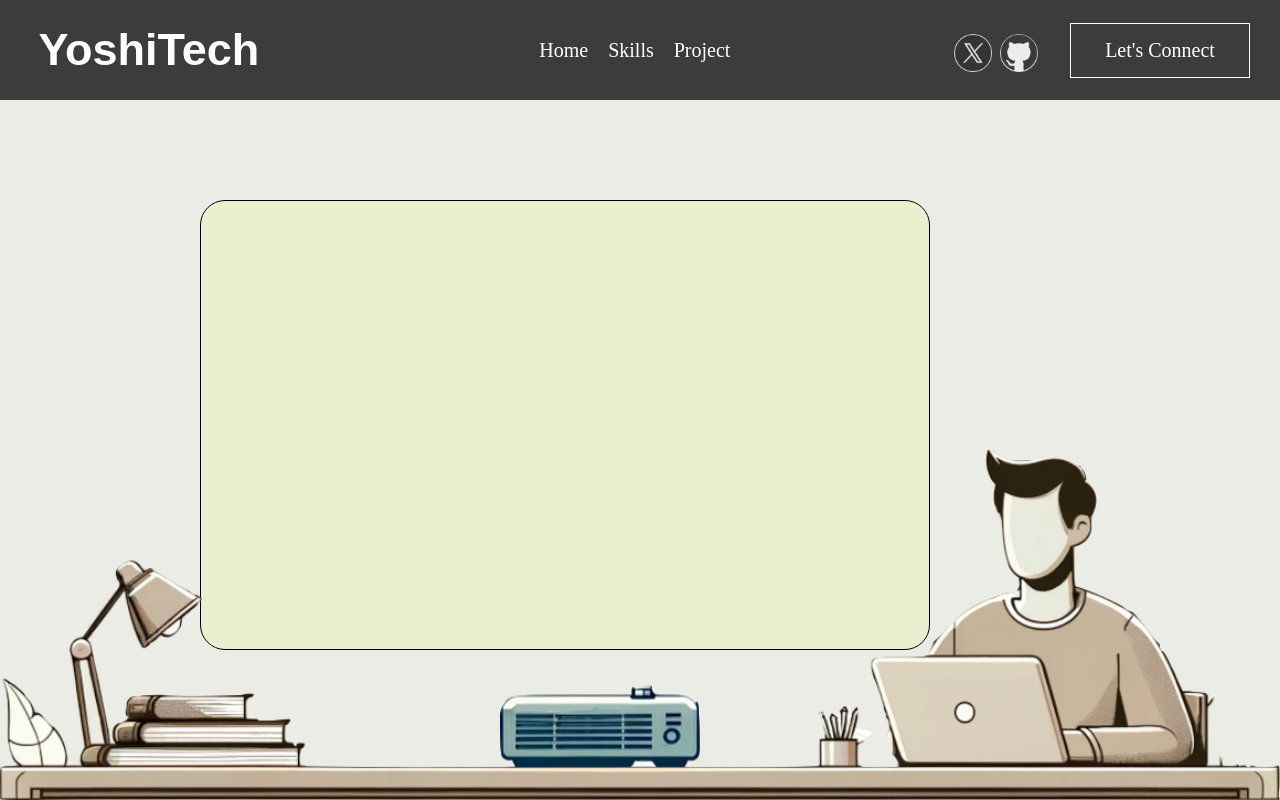
Repository: Yoshiki0418/My_Portfolio
Page: index.html
An editor plug-in stored every save of this project. The page is shown before and after the next save, followed by the edit.
The browser window is 1280 px wide. The pictures show the whole page.

Above is the page before, as saved 2024-01-05 21:10:26.

After the next save:
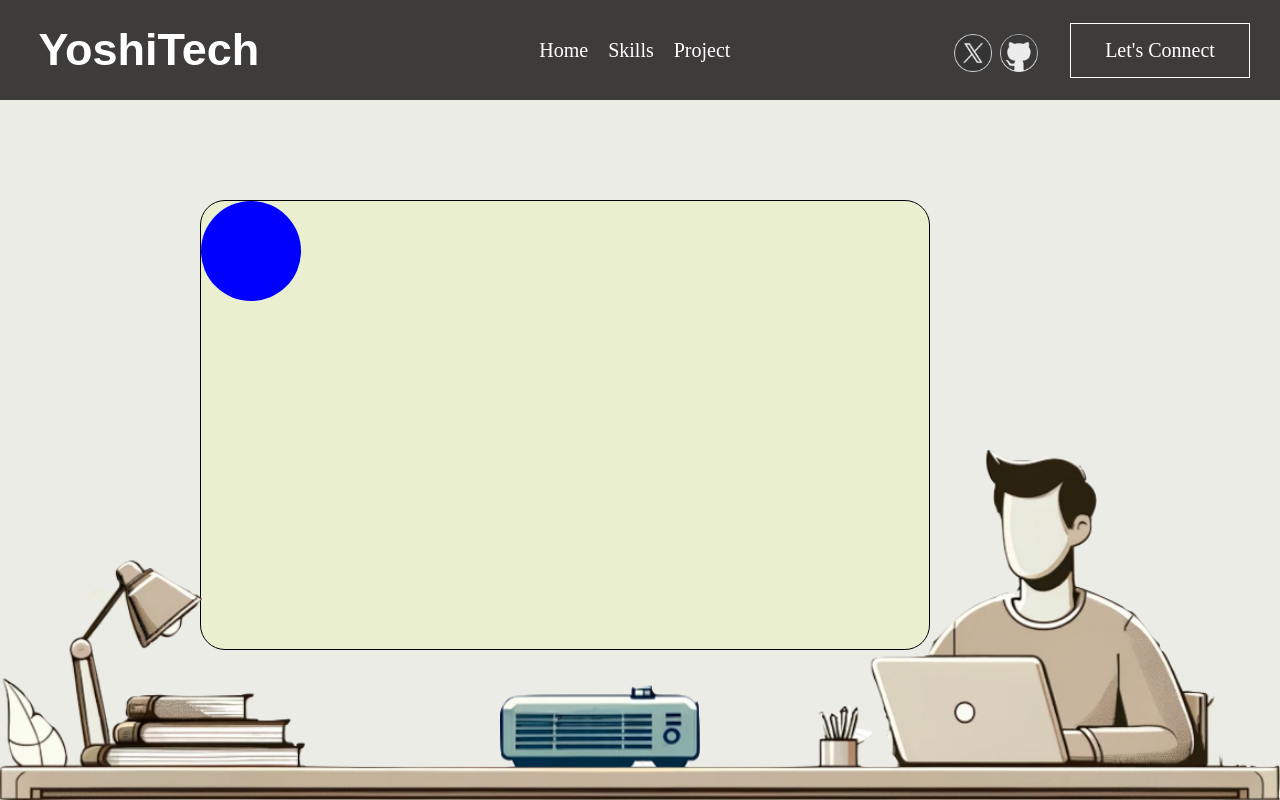
Saved 70 s later.
--- a/style.css
+++ b/style.css
@@ -94,3 +94,10 @@
     width: 200px;
     height: auto;
 }
+
+.circle1 {
+    width: 100px;       /* 円の幅 */
+    height: 100px;      /* 円の高さ */
+    border-radius: 50%; /* 角を丸くするため */
+    background-color: blue; /* 円の色、必要に応じて変更 */
+}
